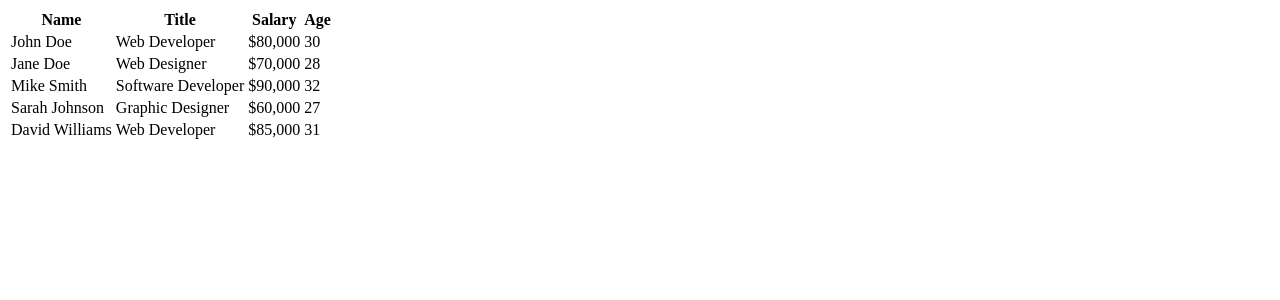
Repository: arunyerram/Web-TEChnologies
Page: Class2/code.html
The author's editor kept a copy of each file at every save. The page is drawn from the files as they stood at one save, then again after the next save.
The browser window is 1280 px wide. The pictures show the whole page.

Above is the page before, as saved 2025-02-14 12:44:31.

After the next save:
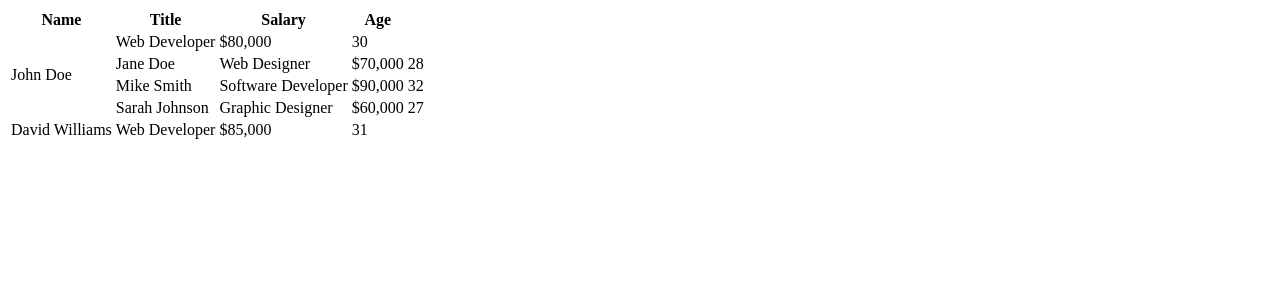
Saved 14 s later.
--- a/Class2/code.html
+++ b/Class2/code.html
@@ -17,7 +17,7 @@
         </thead>
         <tbody>
             <tr >
-                <td rowspan="1">John Doe</td>
+                <td rowspan="4">John Doe</td>
                 <td>Web Developer</td>
                 <td>$80,000 </td>
                 <td>30</td>
